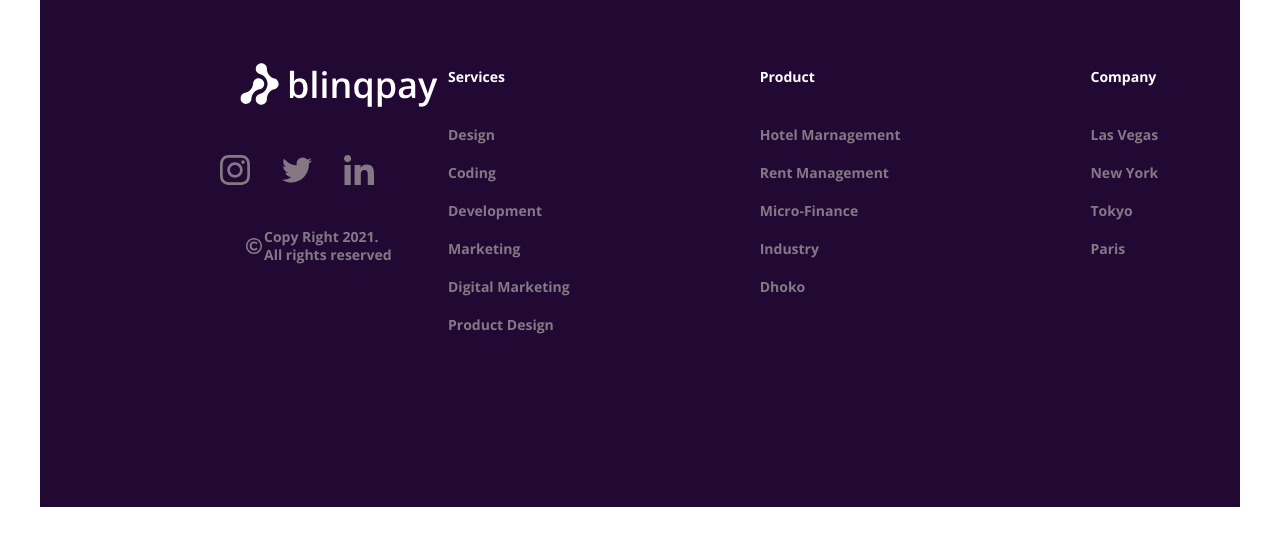
Repository: jabbarbergenoov/mobile-bling-py
Page: idnex.html
The author's editor kept a copy of each file at every save. The page is drawn from the files as they stood at one save, then again after the next save.
The browser window is 1280 px wide. The pictures show the whole page.

Above is the page before, as saved 2025-04-17 19:03:03.

After the next save:
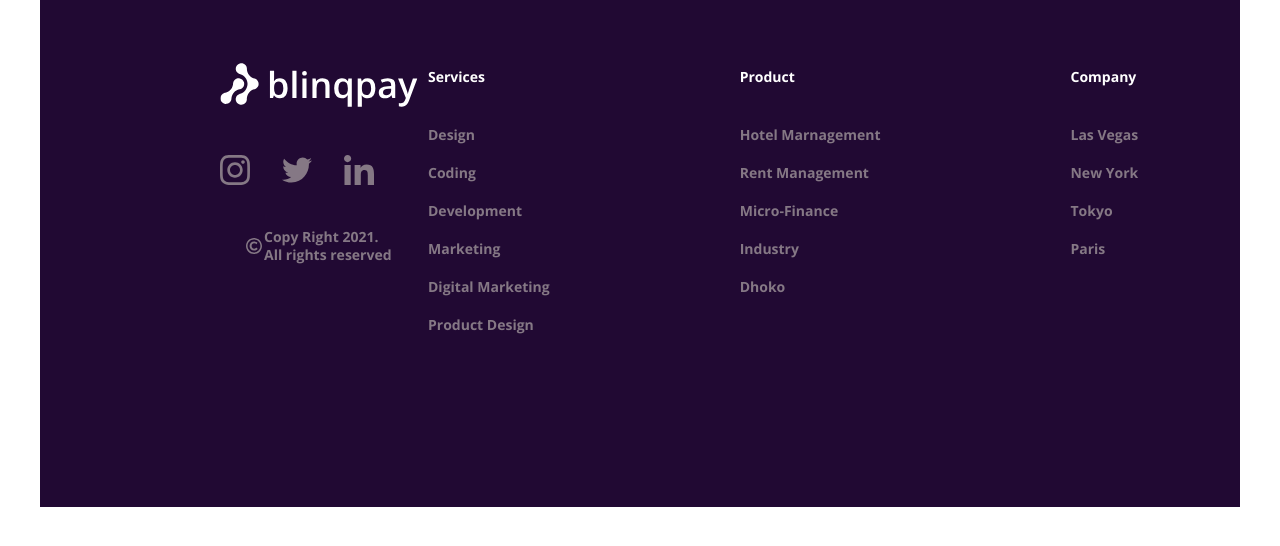
Saved 5 s later.
--- a/style/styl.css
+++ b/style/styl.css
@@ -19,7 +19,7 @@
   }
   .iimg {
     padding-top: 242px;
-    padding-left: 200px;
+    padding-left: 180px;
   }
   .df {
     display: flex;
